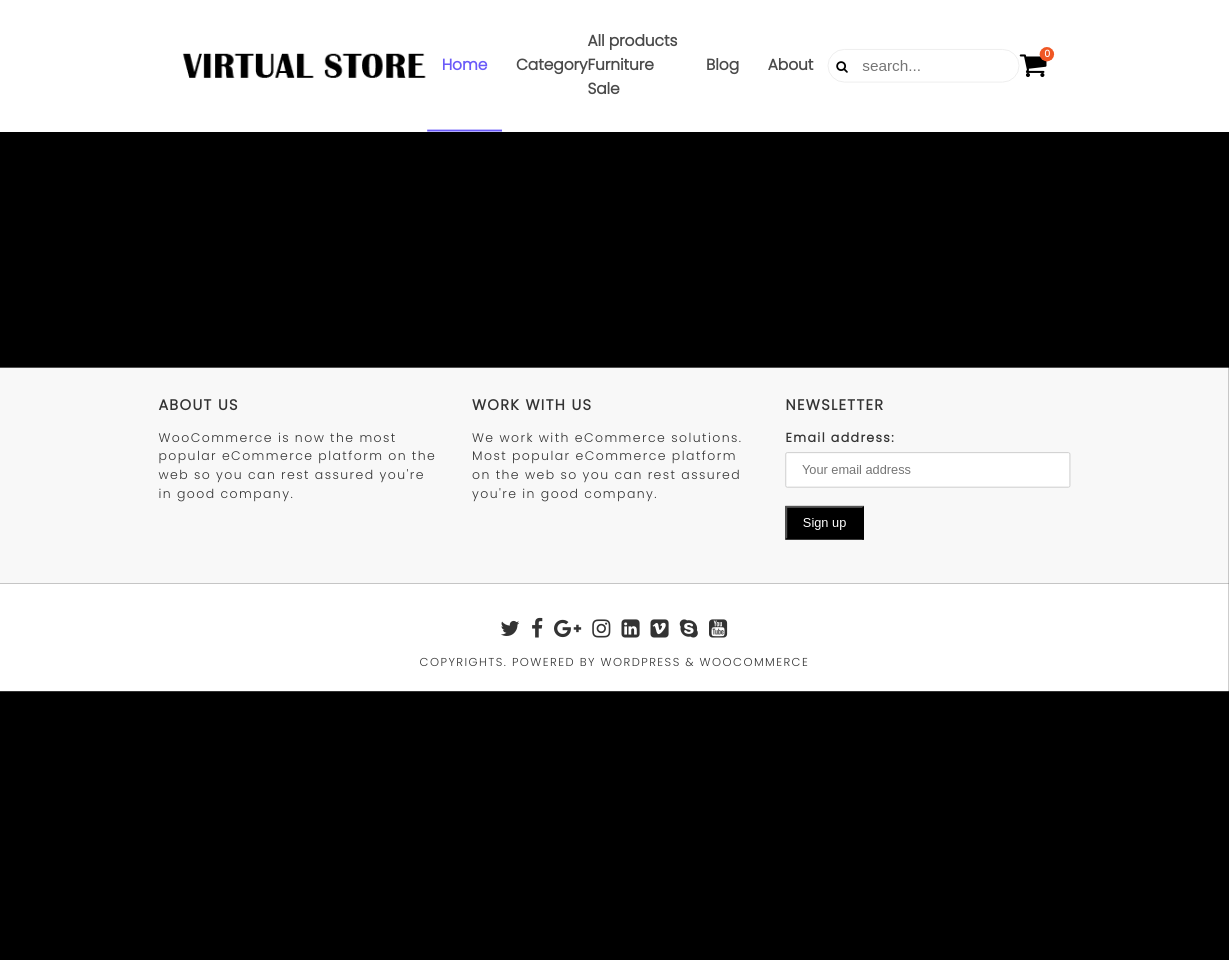
Repository: dungle03/tke_web_nhom_15
Page: index.html
An editor plug-in stored every save of this project. The page is shown before and after the next save, followed by the edit.
The browser window is 1280 px wide. The pictures show the whole page, at 96% of full size.

Above is the page before, as saved 2022-09-13 23:10:34.
Not found: resest.css

### index.html
<!DOCTYPE html>
<html lang="en">
<head>
    <meta charset="UTF-8">
    <meta http-equiv="X-UA-Compatible" content="IE=edge">
    <meta name="viewport" content="width=device-width, initial-scale=1.0">
    <title>Home</title>
    <link
    rel="stylesheet"
    href="https://cdnjs.cloudflare.com/ajax/libs/font-awesome/4.7.0/css/font-awesome.min.css"
    integrity="sha512-SfTiTlX6kk+qitfevl/7LibUOeJWlt9rbyDn92a1DqWOw9vWG2MFoays0sgObmWazO5BQPiFucnnEAjpAB+/Sw=="
    crossorigin="anonymous"
  />
  <link href="https://fonts.googleapis.com/css2?family=Poppins:wght@300&display=swap" rel="stylesheet">
    <link rel="stylesheet" href="./resest.css">
    <link rel="stylesheet" href="./CSS/header.css">
    <link rel="stylesheet"  href="./CSS/footer.css">
</head>
<body>
    <div class="main-header">
        <div class="header" id="head">
            <div class="logo">
                <a href="#head">
                    <img src="./IMG/IMG_LOGO/logo.png" alt="img">
                </a>
            </div>
            <ul class="navi">
                <li class="item active"><a href="#" class="home">Home</a>
                </li>
                <li class="item category-more"><a href="#" class="category">Category</a>
                    <div class="dropdow"></div>
                    <div class="dropdow-select"></div>
                    <ul class="dropdow-list">
                        <li class="dropdow-item"><a href="#">All products</a></li>
                        <li class="dropdow-item"><a href="#">Furniture</a></li>
                        <li class="dropdow-item"><a href="#">Sale</a></li>
                    </ul>
                </li>
                <li class="item"><a href="#" class="blog">Blog</a>
                </li>
                <li class="item"><a href="#" class="about">About</a>
                </li>
            </ul>
            <div class="wrap-search">
                <i class="fa fa-search icon-search"></i>
                <input type="text" class="input-search" placeholder="search...">
            </div>
            <div class="wrap-incon-cart">
                <i class="fa fa-shopping-cart icon-cart"></i>
            </div>
        </div>
    </div>
    <!-- /////////////////////////////////////// -->
        <div class="footer">
            <div class="main-foot">
                <div class="container">
                    <div class="foot-col">
                        <h3 class="footer-title">ABOUT US</h3>
                        <div class="textwidget">WooCommerce is now the most popular eCommerce platform on the web so you can rest assured you're in good company.</div>
                    </div>
                    <div class="foot-col">
                        <h3 class="footer-title">WORK WITH US</h3>
                        <div class="textwidget">We work with eCommerce solutions. Most popular eCommerce platform on the web so you can rest assured you're in good company.</div>
                    </div>
                    <div class="foot-col">
                        <h3 class="footer-title">NEWSLETTER</h3>
                        <form class="newsletter">
                            <p>
                                <label for="EMAIL" class="label-email">Email address:</label>
                                <input type="email" class="input-email" name="EMAIL" placeholder="Your email address" required="">
                            </p>
                            <p>
                                <input type="submit" class="btn-submit" value="Sign up">
                            </p>
                        </form>
                    </div>
                </div>
            </div>
            <div class="bottom-foot">
                <div class="container">
                    <div class="foot-socials">
                        <ul>
                            <li><a href=""></a><i class="fa fa-twitter"></i></li>
                            <li><a href=""></a><i class="fa fa-facebook"></i></li>
                            <li><a href=""></a><i class="fa fa-google-plus"></i></li>
                            <li><a href=""></a><i class="fa fa-instagram"></i></li>
                            <li><a href=""></a><i class="fa fa-linkedin-square"></i></li>
                            <li><a href=""></a><i class="fa fa-vimeo-square"></i></li>
                            <li><a href=""></a><i class="fa fa-skype"></i></li>
                            <li><a href=""></a><i class="fa fa-youtube-square"></i></li>
                        </ul>
                        <p class="credits">Copyrights. Powered by WordPress & WooCommerce</p>
                    </div>
                </div>
            </div>
        </div>
    </body>
    </html>

### CSS/header.css
html {
    font-family: "Poppins", sans-serif;
    box-sizing: border-box;
    font-size: 62.5%;

  }
  * {
    margin: 0;
    padding: 0;
  }
  *,
  *:before,
  *:after {
    box-sizing: border-box;
  }
  input,
  textarea,
  select,
  button {
    outline: none;
  }
  input {
    line-height: normal;
  }
  label,
  button {
    cursor: pointer;
  }
  a {
    text-decoration: none;
  }
  img {
    display: block;
    max-width: 100%;
  }
  body{
    height: 1000px;
    background-color: black;
  }
/* /////////// HEADER  /////////// */
.main-header{
  width: 100%;
  position: fixed;
  top: 0;
  left: 0;
  background-color: white;
  z-index: 100;
}
.header{
    width: 100%;
    padding:0 190px ;
    display: flex;
    align-items: center;
    justify-content: space-between;
}
  .logo{

}
.navi{
    display: flex;
    width: max-content;
}
.navi a{
  color: #4a4a4a;;

}
.navi .item{
  list-style-type: none;
    /* width: max-content; */
    white-space: nowrap;
    padding:  30px 15px;
    cursor: pointer;
    color: #999;
    font-weight: 600;
    flex: 1;
    display: flex;
    align-items: center;
    justify-content: center;
    border-radius: inherit;
    border-bottom: 2px solid white;
}

.wrap-search{
  position: relative;
}
.icon-search{
  position: absolute;
  top: 50%;
  left: 15px;
  transform: translate(-50%,-50%);
  font-size: 13px;
}
.input-search{
  width: 200px;
  height: 35px;
  padding-left: 35px;
  border-radius: 20px;
  border: 1px solid #eee;
  font-size: 16px;
}
.wrap-incon-cart{
  width: max-content;
  position: relative;
}
.icon-cart{
  font-size: 30px;
}
.wrap-incon-cart::before{
  content: "0";
  display: flex;
  justify-content: center;
  align-items: center;
  position: absolute;
  font-weight:600 ;
  color: white;
  font-size: 10px;
  width: 15px;
  height: 15px;
  border-radius: 15px;
  background-color: #f05724;
  z-index: 100;
  top: -10%;
  right: -30%;
}
.navi .item.active a{
  color: #6a5af9;
}

.navi .item:hover{
    color: #6a5af9;
  border-bottom-color: currentColor;
}

.navi .item.active{
  border-bottom-color: #6a5af9;
}

.category-more{
  position: relative;
}

.subnavy{
  position: absolute;
  top: 110%;

}

/* FORTER */
.footer{
  position: absolute  ;
  bottom: 0px;
}
.main-foot{
  background-color:
#f8f8f8;
background-position:
0px 0px;
color:#333333;
font-size:13px;
letter-spacing:1.5px;
line-height:19.6px;
padding:15px 0px 28px 0px;
}

.main-foot .container{
  display: flex;
  padding: 0 150px;
}

.main-foot .container .foot-col{
  display: inline-block;
  width: calc(100% / 3);
  padding:
0px 15px;
}


.main-foot .container .foot-col:first-child, .foot-col:nth-child(2){
  color:
#333333;
letter-spacing:
1.5px;
line-height:
19.6px;
padding:
0px 15px;
}
.footer-title{
  margin: 14px 0;
}

.newsletter{
  color:
#333333;
font-size:
13px;
letter-spacing:
1.5px;
line-height:
19.6px;
}
.label-email{
  font-weight: 700;
  margin-bottom: 6px;
  display: block;
}
.input-email{
  width: 100%;
  background-color:
#ffffff;
background-position:
0px 0px;
border-color:
#cccccc;
border-radius:
2px;
border-style:
solid;
border-width:
1px;
color:
#555555;
font-family:
Arial;
font-size:
13.3333px;
line-height:
19.0476px;
margin:
0px 0px 5px;
padding:
8px 16px;
}
.btn-submit{
  margin: 14px 0px 18px 0px;
  display: inline-block;
  padding: 8px 16px;
  background-color: black;
  color: white;
}

/* /////// */
.bottom-foot{
  background-color:
#ffffff;
background-position:
0px 0px;
color:
#333333;
font-size:
14px;
letter-spacing:
1.5px;
line-height:
19.6px;
padding:
20px 0px;
text-align:
center;
text-transform:
uppercase;
}
li{

  list-style-type: none;
}
.bottom-foot .container{
  margin: 0 auto;
    width: 1180px;
}
.foot-socials ul{
  display: flex;
  width: max-content;
  margin: 15px auto;
}
.foot-socials ul li {
  font-size: 22px;
  margin: 0 5px;
}
.credits{
  font-size: 12px;
}

### CSS/footer.css
html {
    font-family: "Poppins", sans-serif;
    box-sizing: border-box;
    font-size: 16px;

  }
  * {
    margin: 0;
    padding: 0;
  }
  *,
  *:before,
  *:after {
    box-sizing: border-box;
  }
  input,
  textarea,
  select,
  button {
    outline: none;
  }
  input {
    line-height: normal;
  }
  label,
  button {
    cursor: pointer;
  }
  a {
    text-decoration: none;
  }
  img {
    display: block;
    max-width: 100%;
  }

After the next save:
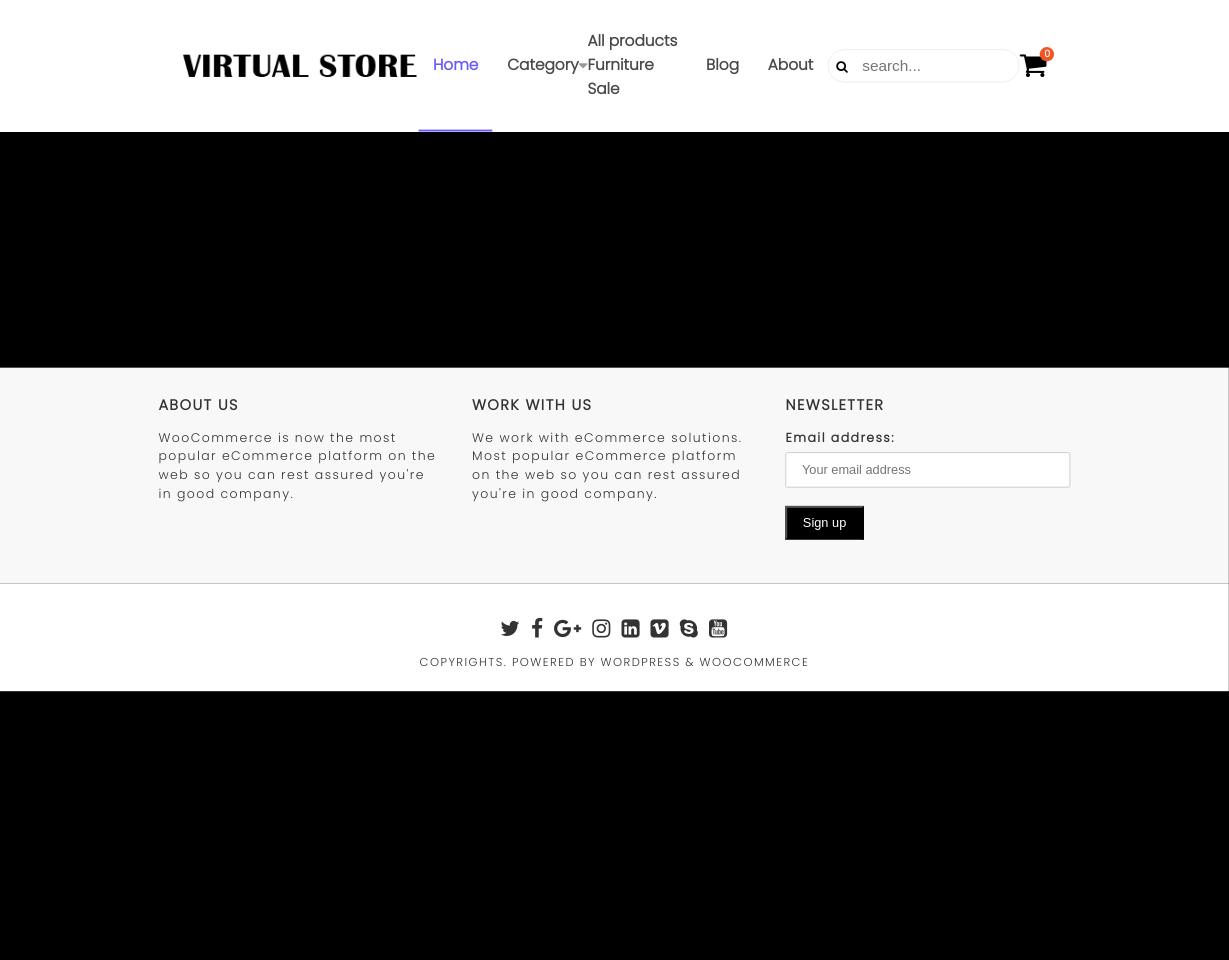
Saved 2 min 14 s later.
--- a/index.html
+++ b/index.html
@@ -28,6 +28,7 @@
                 <li class="item active"><a href="#" class="home">Home</a>
                 </li>
                 <li class="item category-more"><a href="#" class="category">Category</a>
+                    <i class="fa fa-caret-down dropdow_caret"></i>
                     <div class="dropdow"></div>
                     <div class="dropdow-select"></div>
                     <ul class="dropdow-list">
